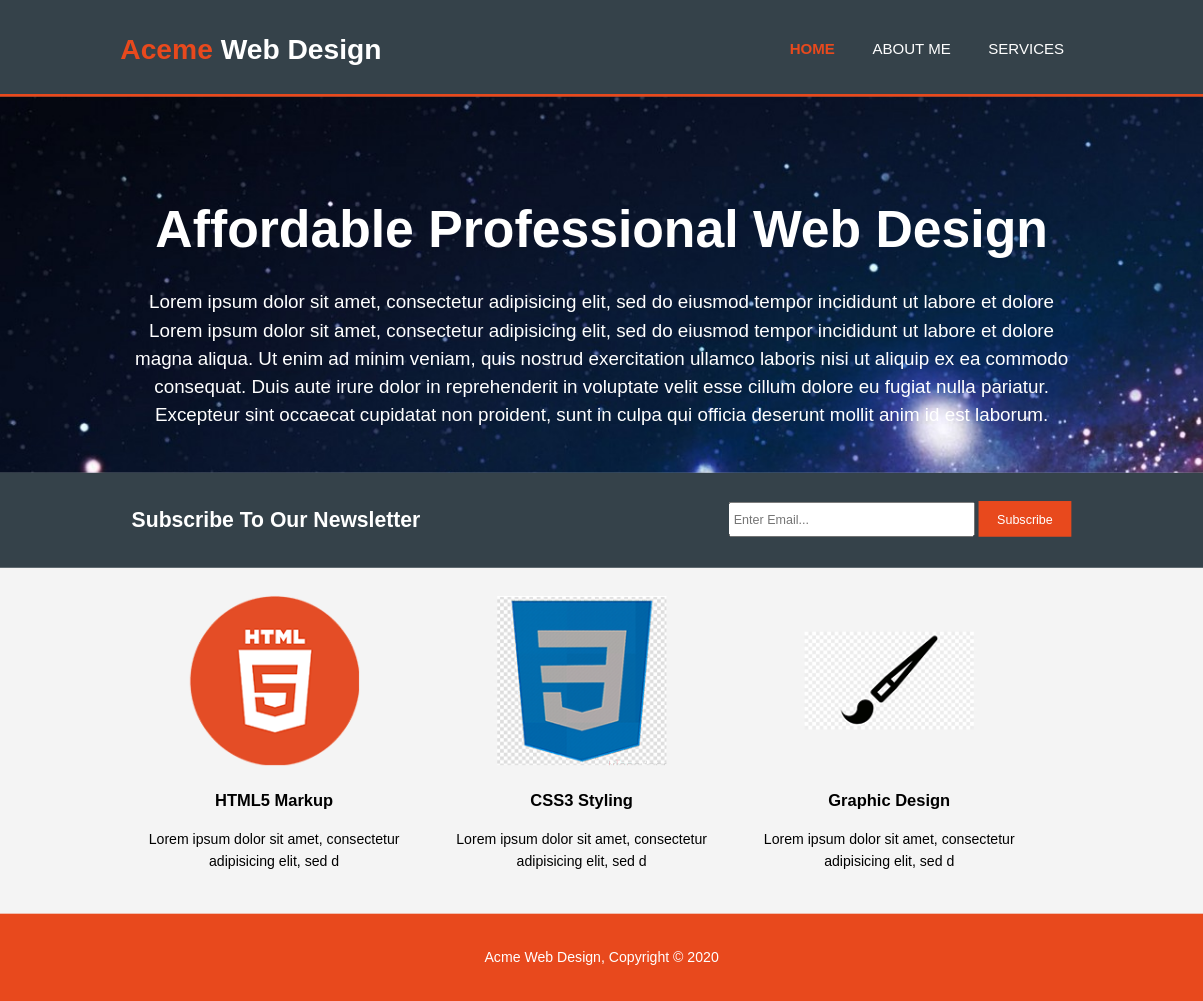
Repository: NiutaR/Build-An-HTML5-Website-With-A
Page: index.html
These files come from the project's save history. The page is drawn as it stood at one moment and after the next save; the edit follows.
The browser window is 1280 px wide. The pictures show the whole page, at 94% of full size.

Above is the page before, as saved 2021-06-17 20:36:35.
Console error: TypeError: Cannot read properties of undefined (reading 'style')

### index.html
<!DOCTYPE html>
<html>
<head>
	<meta charset="utf-8">
	<meta name="viewport" content="width=device-width">
	<meta name="description" content="Affordable and professional web design">
	<meta name="keywords" content="web design, affordable web design, professional web design">
	<meta name="author" content="Jack">
	<title>Aceme Web Design | Welcome</title>
	<link rel="stylesheet" type="text/css" href="./css/style.css">
</head>
<body>
	<header>
		<div class="container">
			<div id="branding">
				<h1><span class="highlight">Aceme</span> Web Design</h1>
			</div>
			<nav>
				<ul>
					<li class="current"><a href="index.html">Home</a></li>
					<li><a href="about.html">About Me</a></li>
					<li><a href="services.html">Services</a></li>
				</ul>
			</nav>
		</div>
	</header>

	<section id="showcase">
		<div class="container">
			<h1>Affordable Professional Web Design</h1>
			<p>
				Lorem ipsum dolor sit amet, consectetur adipisicing elit, sed do eiusmod
				tempor incididunt ut labore et dolore
				Lorem ipsum dolor sit amet, consectetur adipisicing elit, sed do eiusmod
				tempor incididunt ut labore et dolore magna aliqua. Ut enim ad minim veniam,
				quis nostrud exercitation ullamco laboris nisi ut aliquip ex ea commodo
				consequat. Duis aute irure dolor in reprehenderit in voluptate velit esse
				cillum dolore eu fugiat nulla pariatur. Excepteur sint occaecat cupidatat non
				proident, sunt in culpa qui officia deserunt mollit anim id est laborum.
			</p>
		</div>
	</section>

	<section id="newsletter">
		<div class="container">
			<h1>Subscribe To Our Newsletter</h1>
			<form>
				<input type="email" placeholder="Enter Email...">
				<button type="submit" class="button_1">Subscribe</button>
			</form>
		</div>
	</section>

	<section id="boxes">
		<div class="container">
			<div class="box">
				<img src="./img/logo_html.png">
				<h3>HTML5 Markup</h3>
				<p>
					Lorem ipsum dolor sit amet, consectetur adipisicing elit, sed d
				</p>
			</div>
			<div class="box">
				<img src="./img/logo_css.png">
				<h3>CSS3 Styling</h3>
				<p>
					Lorem ipsum dolor sit amet, consectetur adipisicing elit, sed d
				</p>
			</div>
			<div class="box">
				<img src="./img/logo_brush.png">
				<h3>Graphic Design</h3>
				<p>
					Lorem ipsum dolor sit amet, consectetur adipisicing elit, sed d
				</p>
			</div>
		</div>
	</section>

	<footer>
		<p>Acme Web Design, Copyright &copy; 2020</p>
	</footer>
<script src="js/slider.js"></script>
</body>
</html>

### css/style.css
body{
/*	font-family: Arial, Helvetica, sans-serif;
	font-size:15px;
	line-height: 1.5; // line space between each line*/
	font: 15px/1.5 Arial, Helvetica, sans-serif; /* Same as above */
	padding:0;
	margin:0;
	background-color: #f4f4f4;
}


/* Use . for class*/
/* Global */
.container {
	width:80%; /* Content occupies 80% of whole screen*/
	margin:auto; /* Move content to middle of screen*/
	overflow: hidden;
}

/* By default, ul has padding */
ul{
	margin:0;
	padding:0;
}

.button_1 {
	height:38px;
	background:#e8491d;
	border:0;
	padding-left: 20px;
	padding-right:20px;
	color:#ffffff;
}


.dark{
	padding:15px;
	background:#35424a;
	color:#ffffff;
	margin-top:10px;
	margin-bottom:10px;
}


/* Header*/
header{
	background:#35424a;
	color:#ffffff;
	padding-top:30px;
	min-height:70px;
	border-bottom:#e8491d 3px solid;
}


header a{
	color:#ffffff;
	text-decoration: none;
	text-transform: uppercase;
	font-size:16px;
}


/* Make li horizontal*/
header li{
	float:left;
	display: inline;
	padding: 0 20px 0 20px;
}


header #branding{
	float:left;

}

header #branding h1{
	margin:0;
}

header nav{
	float:right;
	margin-top:10px;
}

header .highlight, header .current a{
	color:#e8491d;
	font-weight: bold
}


header a:hover{
	color:#cccccc;
	font-weight:bold;
}


/* Showcase */
#showcase{
	min-height:400px;
	background:url(../img/logo_showcase.jpg) no-repeat 0 -300px; /* 0 -300px adjusts picture direction*/
	text-align: center;
	color:#ffffff;
}

#showcase h1{
	margin-top:100px;
	font-size:55px;
	margin-bottom:10px;
}

#showcase p{
	font-size:20px;
}


/* Showcase */
#newsletter{
	padding:15px;
	color:#ffffff;
	background:#35424a;
}


#newsletter h1{
	float:left;
}


#newsletter form{
	float:right;
	margin-top:15px;
}

#newsletter input[type="email"]{
	padding:4px;
	height:25px;
	width:250px;
}

/* Boxes */
#boxes{
	margin-top:20px;
}

#boxes .box{
	float:left;
	text-align:center;
	width:30%;
	padding:10px;
}

#box .box img{
	width:90px;
}

/* Sidebar */
aside#sidebar{
	float: right;
	width:30%;
	margin-top:10px;
}


aside#sidebar .quote input, aside#sidebar .quote textarea{
	width:90%;
	padding:5px;

}


/* Main-col*/
article#main-col{
	float:left;
	width:65%;
}


/* Services */
ul#services li{
	list-style:none;
	padding:20px;
	border:#cccccc solid 1px;
	background:#e6e6e6;
	margin-bottom:5px;
}




footer{
	padding:20px;
	margin-top:20px;
	color:#ffffff;
	background-color:#e8491d;
	text-align:center;
}



/* Media Queries*/
@media(max-width: 768px){
	header #branding,
	header nav,
	header nav li,
	#newsletter h1,
	#newsletter form,
	#boxes .box,
	article#main-col,
	aside#sidebar{
		float:none;
		text-align:center;
		width:100%;
	}

	header {
		padding-bottom:20px;
	}

	#showcase h1{
		margin-top:40px;
	}

	#newsletter button, .quote button{
		display:block;
		width:100%;
	}

	#newsletter form input[type="email"], .quote input, .quote textarea{
		width:100%;
		margin-bottom:5px;
	}


}

How TO - Slideshow
Learn how to create a responsive slideshow with CSS and JavaScript.

Slideshow / Carousel
A slideshow is used to cycle through elements:

1 / 4Caption Text


Create A Slideshow
Step 1) Add HTML:
Example
<!-- Slideshow container -->
<div class="slideshow-container">

 nd previous buttons, the caption text and the dots:

Example
* {box-sizing:border-box}

/* Slideshow container */
.slideshow-container {
  max-width: 1000px;
  position: relative;
  margin: auto;
}

/* Hide the images by default */
.mySlides {
  display: none;
}

/* Next & previous buttons */
.prev, .next {
  cursor: pointer;
  position: absolute;
  top: 50%;
  width: auto;
  margin-top: -22px;
  padding: 16px;
  color: white;
  font-weight: bold;
  font-size: 18px;
  transition: 0.6s ease;
  border-radius: 0 3px 3px 0;
  user-select: none;
}

/* Position the "next button" to the right */
.next {
  right: 0;
  border-radius: 3px 0 0 3px;
}

/* On hover, add a black background color with a little bit see-through */
.prev:hover, .next:hover {
  background-color: rgba(0,0,0,0.8);
}

/* Caption text */
.text {
  color: #f2f2f2;
  font-size: 15px;
  padding: 8px 12px;
  position: absolute;
  bottom: 8px;
  width: 100%;
  text-align: center;
}

/* Number text (1/3 etc) */
.numbertext {
  color: #f2f2f2;
  font-size: 12px;
  padding: 8px 12px;
  position: absolute;
  top: 0;
}

/* The dots/bullets/indicators */
.dot {
  cursor: pointer;
  height: 15px;
  width: 15px;
  margin: 0 2px;
  background-color: #bbb;
  border-radius: 50%;
  display: inline-block;
  transition: background-color 0.6s ease;
}

.active, .dot:hover {
  background-color: #717171;
}

/* Fading animation */
.fade {
  -webkit-animation-name: fade;
  -webkit-animation-duration: 1.5s;
  animation-name: fade;
  animation-duration: 1.5s;
}

@-webkit-keyframes fade {
  from {opacity: .4}
  to {opacity: 1}
}

@keyframes fade {
  from {opacity: .4}
  to {opacity: 1}
}

### js/slider.js
var slideIndex = 1;
showSlides(slideIndex);

// Next/previous controls
function plusSlides(n) {
  showSlides(slideIndex += n);
}

// Thumbnail image controls
function currentSlide(n) {
  showSlides(slideIndex = n);
}

function showSlides(n) {
  var i;
  var slides = document.getElementsByClassName("mySlides");
  var dots = document.getElementsByClassName("dot");
  if (n > slides.length) {slideIndex = 1}
  if (n < 1) {slideIndex = slides.length}
  for (i = 0; i < slides.length; i++) {
      slides[i].style.display = "none";
  }
  for (i = 0; i < dots.length; i++) {
      dots[i].className = dots[i].className.replace(" active", "");
  }
  slides[slideIndex-1].style.display = "block";
  dots[slideIndex-1].className += " active";
}

After the next save:
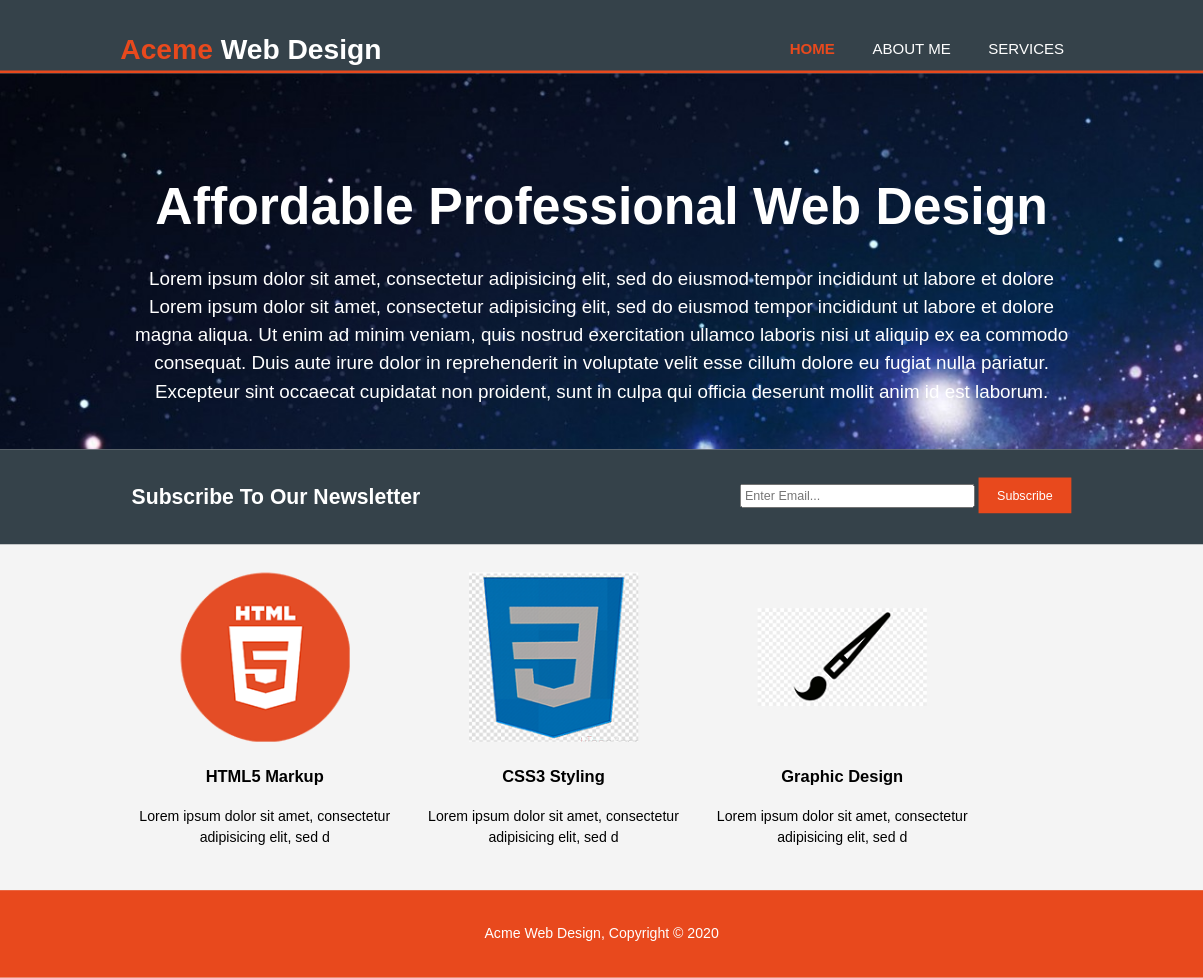
Saved 21 s later.
--- a/css/style.css
+++ b/css/style.css
@@ -233,24 +233,7 @@ footer{
 
 }
 
-How TO - Slideshow
-Learn how to create a responsive slideshow with CSS and JavaScript.
-
-Slideshow / Carousel
-A slideshow is used to cycle through elements:
-
-1 / 4Caption Text
-
-
-Create A Slideshow
-Step 1) Add HTML:
-Example
-<!-- Slideshow container -->
-<div class="slideshow-container">
-
- nd previous buttons, the caption text and the dots:
-
-Example
+
 * {box-sizing:border-box}
 
 /* Slideshow container */
